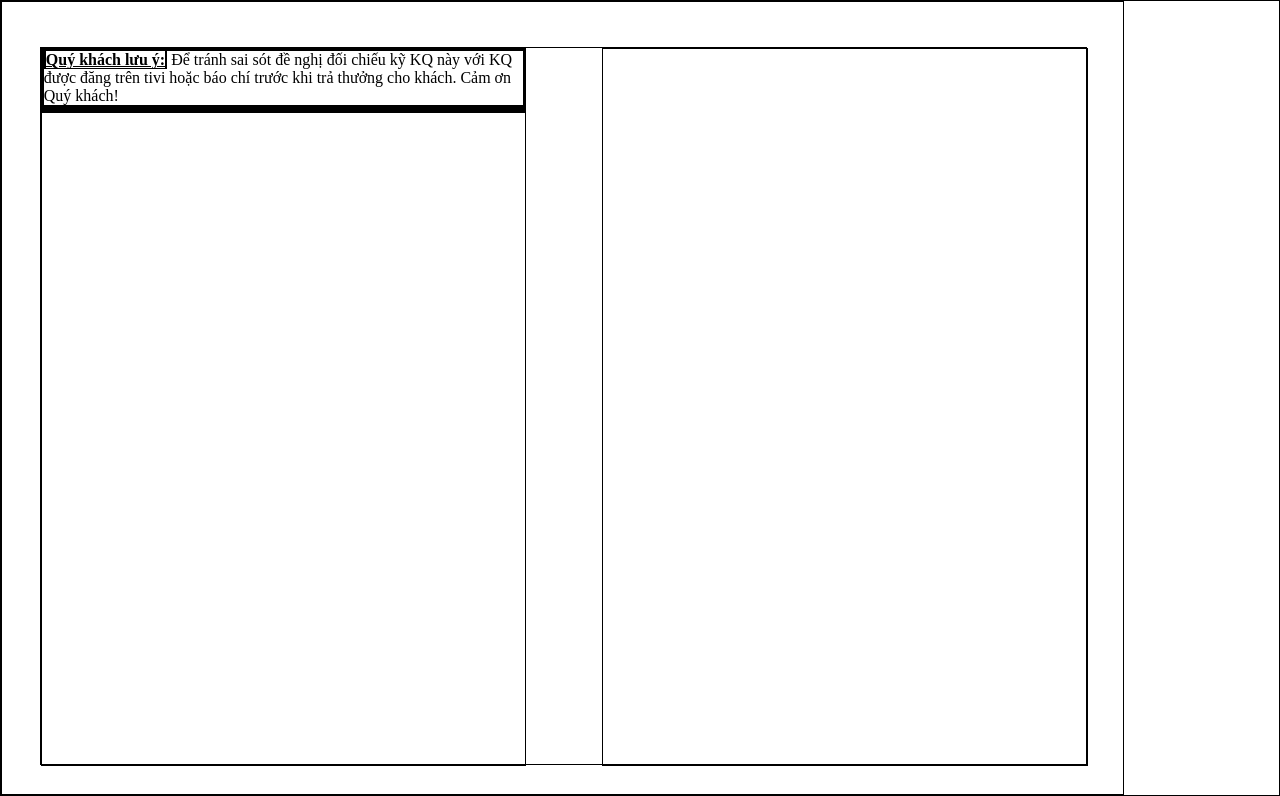
Repository: AnhDuc0125/xskt123
Page: index.html
An editor plug-in stored every save of this project. The page is shown before and after the next save, followed by the edit.
The browser window is 1280 px wide. The pictures show the whole page.

Above is the page before, as saved 2022-01-29 15:59:29.

### index.html
<!DOCTYPE html>
<html lang="en">
  <head>
    <meta charset="UTF-8" />
    <meta http-equiv="X-UA-Compatible" content="IE=edge" />
    <meta name="viewport" content="width=device-width, initial-scale=1.0" />
    <link rel="stylesheet" href="style.css" />
    <title>Document</title>
  </head>
  <body>
    <div class="boxed__container">
      <div class="boxed--1">
        <div class="header">
          <div class="header--1">
            <b><u>Quý khách lưu ý:</u></b> Để tránh sai sót đề nghị đối chiếu kỹ
            KQ này với KQ được đăng trên tivi hoặc báo chí trước khi trả thưởng
            cho khách. Cảm ơn Quý khách!
          </div>
          <div class="header--2"></div>
        </div>
        <div class="body"></div>
        <div class="footer"></div>
      </div>
      <div class="boxed--2"></div>
    </div>
  </body>
</html>

### style.css
* {
  margin: 0;
  padding: 0;
  box-sizing: border-box;
  border: 1px solid black;
}

body {
  width: 29.7cm;
  height: 21cm;
}

.boxed__container {
  width: 27.7cm;
  height: 19cm;
  margin: 1.2cm 1cm 0.8cm;
  display: grid;
  grid-template-columns: 12.85cm 12.85cm;
  grid-template-rows: 19cm;
  column-gap: 2cm;
}

.boxed--1,
.boxed--2 {
  width: 12.85cm;
  height: 19cm;
}

After the next save:
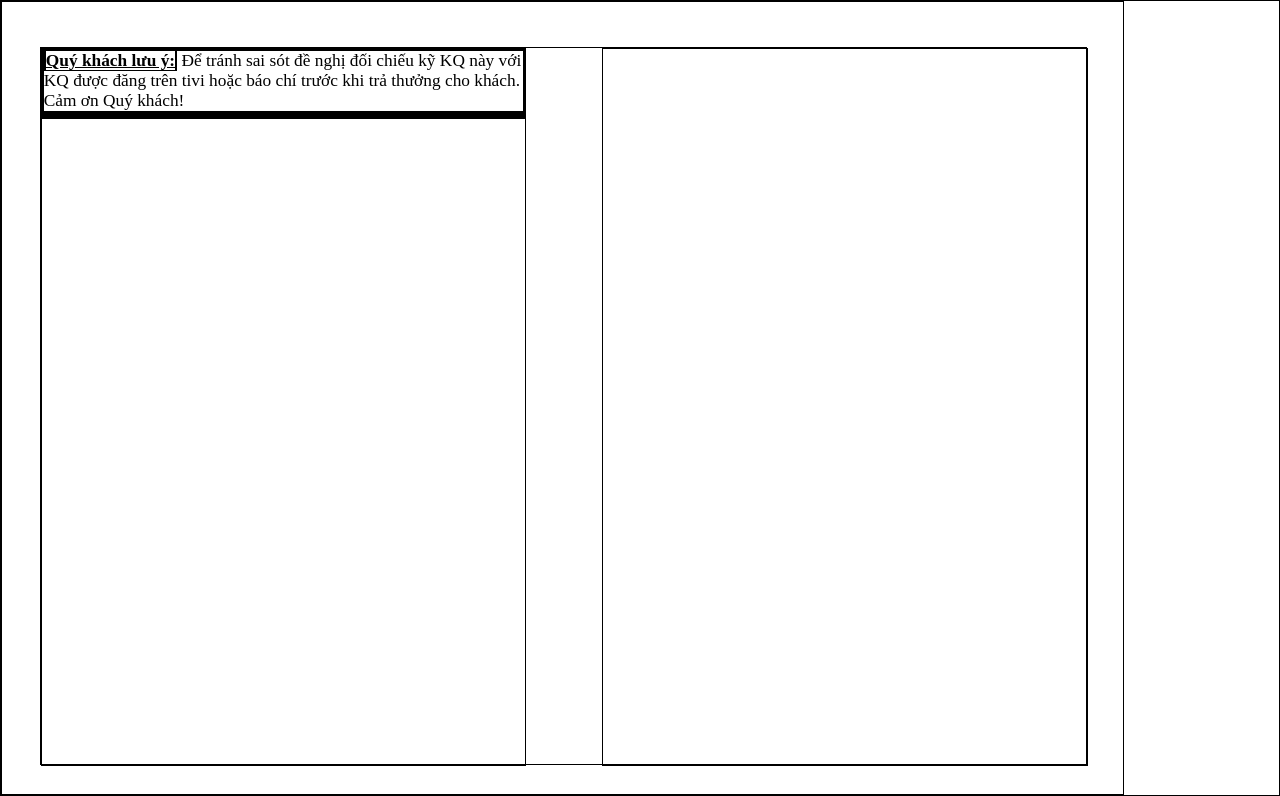
Saved 3 min 18 s later.
--- a/index.html
+++ b/index.html
@@ -11,7 +11,7 @@
     <div class="boxed__container">
       <div class="boxed--1">
         <div class="header">
-          <div class="header--1">
+          <div class="header--1" style="font-size: 13pt">
             <b><u>Quý khách lưu ý:</u></b> Để tránh sai sót đề nghị đối chiếu kỹ
             KQ này với KQ được đăng trên tivi hoặc báo chí trước khi trả thưởng
             cho khách. Cảm ơn Quý khách!
